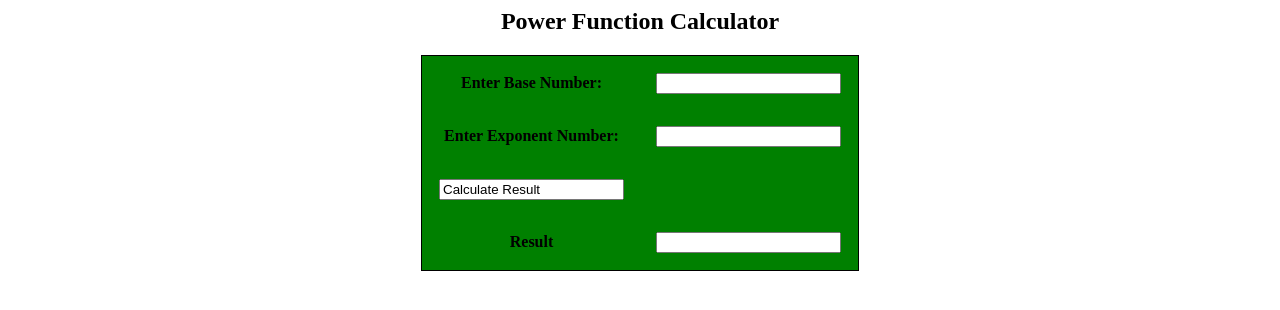
Repository: DeepaliKalagate/PowerCalculatorAPI
Page: PowerFunctionCalculator/src/main/resources/PowerFunction.html
The author's editor kept a copy of each file at every save. The page is drawn from the files as they stood at one save, then again after the next save.
The browser window is 1280 px wide. The pictures show the whole page.

Above is the page before, as saved 2020-02-09 06:35:06.

After the next save:
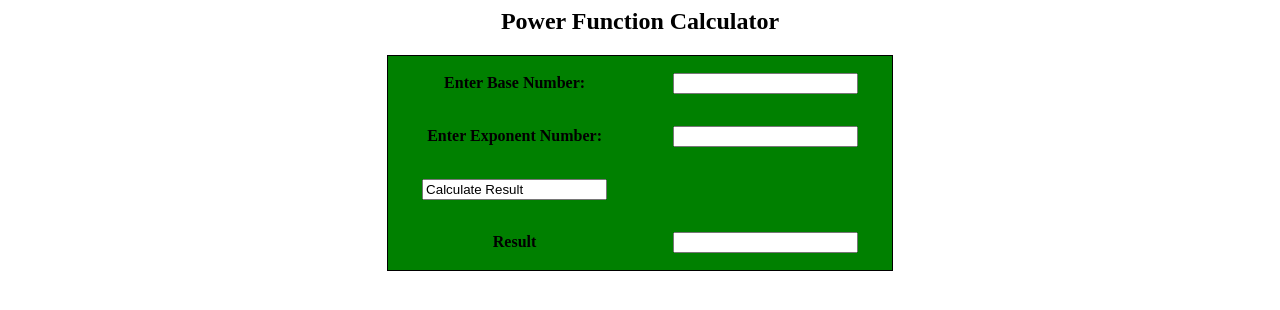
Saved 50 s later.
--- a/PowerFunctionCalculator/src/main/resources/PowerFunction.html
+++ b/PowerFunctionCalculator/src/main/resources/PowerFunction.html
@@ -5,7 +5,7 @@
 </head>
 <style>
 table {
-  width:30%;
+  width:40%;
 }
 table{
   border: 1px solid black;
